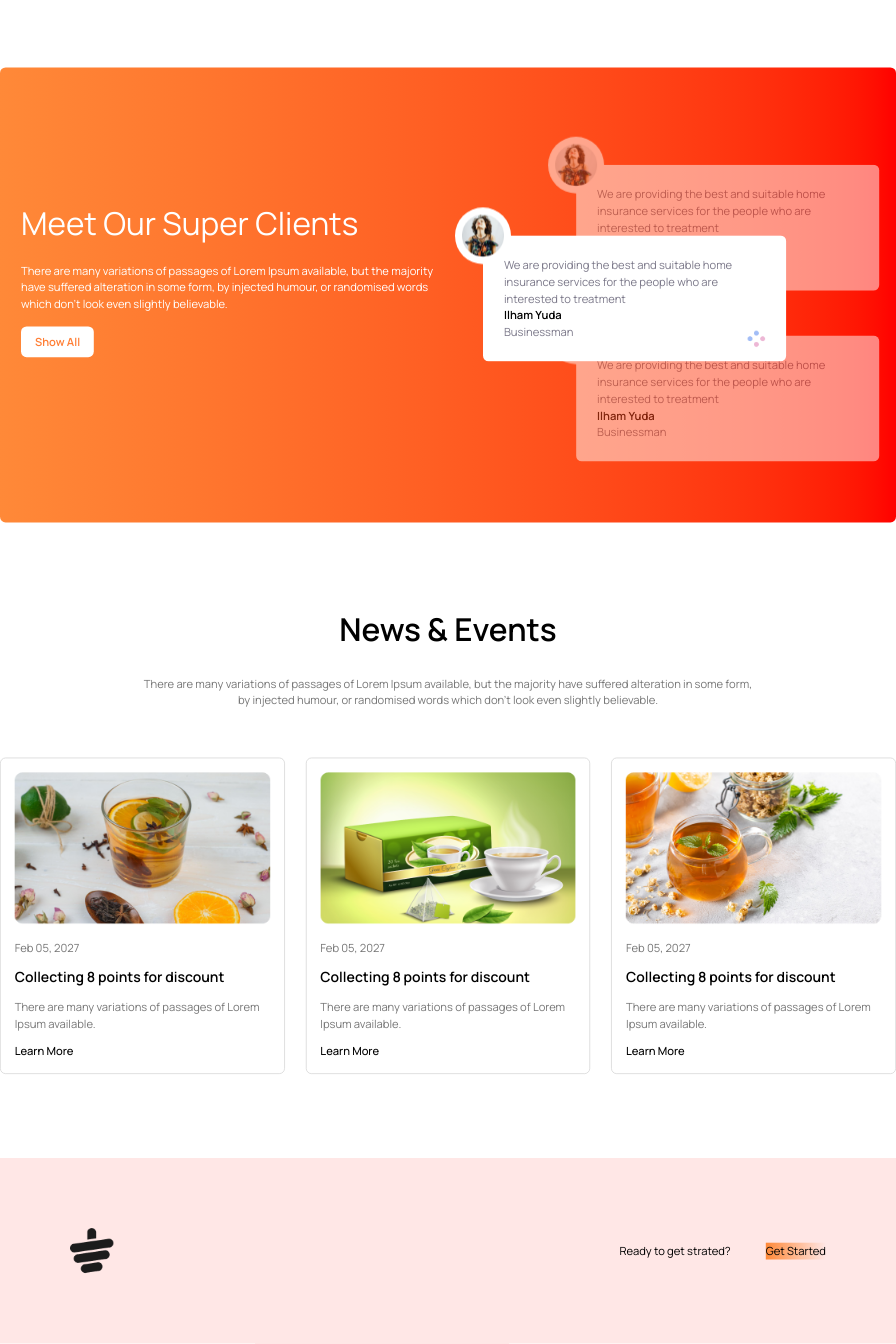
Repository: nahid-hasann/website-9
Page: index.html
An editor plug-in stored every save of this project. The page is shown before and after a run of saves, followed by the edit.
The browser window is 1280 px wide. The pictures show the part of the page from y = 1955 to 3875 px (the page is 3875 px tall), at 70% of full size.
Some web libraries are served in a nearby version.

Above is the page before, as saved 2025-08-17 21:13:17.

### index.html
<!DOCTYPE html>
<html lang="en">
<head>
    <meta charset="UTF-8">
    <meta name="viewport" content="width=device-width, initial-scale=1.0">
    <title>Tea House</title>
    <script src="https://cdn.jsdelivr.net/npm/@tailwindcss/browser@4"></script>
    <link rel="stylesheet" href="style.css">
    <link rel="stylesheet" href="https://cdnjs.cloudflare.com/ajax/libs/font-awesome/7.0.0/css/all.min.css" integrity="sha512-DxV+EoADOkOygM4IR9yXP8Sb2qwgidEmeqAEmDKIOfPRQZOWbXCzLC6vjbZyy0vPisbH2SyW27+ddLVCN+OMzQ==" crossorigin="anonymous" referrerpolicy="no-referrer" />

</head>
<body class="manrope-font">

<section class="banner-main-section max-w-[1300px]  flex flex-col md:flex-row  mx-auto  justify-between items-center">
    <div class="left-div">
        <h1 class="md:text-[80px] font-semibold text-[40px]">It's good <br> tea time at The <br> Tea House</h1>
        <p class="text-[18px] text-[#777777]">Tea and Botanical Solutions Supplier Give Optimum <br> Satisfaction To Your Taste Buds.</p>
        <button class="bg-[#ff2710] text-[#fff3f1] btn-1 bg-gradient-to-r from-[#FF8938] to-[#FF0000]">Explor More <i class="fa-solid fa-arrow-right -rotate-45"></i> </button>
    </div>
    <div class="right-div relative">
        <img src="images/banner.png" alt="">
        <div class="ratting bg-[#ffffff] shadow-2xl flex gap-2 items-center w-[230px] justify-center py-[15px] absolute bottom-[25px] left-[110px] rounded-[8px]">
              <div>
                <i class="fa-solid fa-star text-yellow-500 text-[23px]"></i>
              </div>
              <div>
                <h1 class="font-bold text-[23px]">5.00</h1>
                <p class="text-[#777777]">Trust Pilot Ratings</p>
              </div>
        </div>
    </div>
</section>

<section class="featured-section max-w-[1300px]  mx-auto my-[120px]">
     <div class="futured-text">
         <h1 class="md:text-[45px] text-[30px] font-semibold text-center">Our Featured Products</h1>
         <p class="text-[16px] text-[#777777] text-center my-[20px] md:w-[900px] mx-auto">There are many variations of passages of Lorem Ipsum available, but the majority have suffered alteration in some form, by injected humour, or randomised words which don't look even slightly believable. </p>
     </div>
     <div class="product-card flex flex-col md:flex-row gap-[30px] justify-center items-center ">
        <div class="card">
             <img src="images/tea-1.png" alt="">
             <h1>Milk Tea</h1>
             <p>Creamer could be replaced by fresh milk</p>
        </div>
        <div class="card">
             <img src="images/tea-2.png" alt="">
             <h1>Black Tea</h1>
             <p>Creamer could be replaced by fresh milk</p>
        </div>
        <div class="card">
             <img src="images/tea-3.png" alt="">
             <h1>Lemon Tea</h1>
             <p>Creamer could be replaced by fresh milk</p>
        </div>
        <div class="card">
             <img src="images/tea-4.png" alt="">
             <h1>Green Tea</h1>
             <p>Creamer could be replaced by fresh milk</p>
        </div>
     </div>
</section>

<section class="great-tea-section max-w-[1300px] mx-auto mb-[120px]">
    <div class="great-tea-main-section flex flex-col justify-center items-center md:flex-row gap-[50px]">
        <div class="div-left grid grid-cols-1 md:grid-cols-2  grid-rows-3 gap-[50px] max-w-[50%] ">
             <div class="grid-layout  bg-gradient-to-r from-[#ffe7e6] to-[#fff3eb] rounded-lg"></div>
             <div class="grid-layout row-span-2 bg-[#eef1eb] p-5 flex justify-center items-center rounded-lg">
                <img src="images/fresh-2.png" alt=""></div>
             <div class="grid-layout row-span-2 bg-[#fcf6e9] p-5 flex justify-center items-center rounded-lg" >
                <img src="images/fresh-1.png" alt=""></div>
             <div class="grid-layout bg-gradient-to-r from-[#D9D9D9] to-[#FFFFFF] rounded-lg"></div>
        </div>
        <div class="div-right max-w-[50%]">
           <h1 class="text-[45px] font-semibold text-center md:text-left">Great Tea, Freshly <br> Presented</h1>
           <p class="text-[16px] text-[#777777] my-[17px] text-center md:text-left">The meaning of gong cha is chanese is to provide the best tea to emperor from all possessions . It represents the highest quality and self expectation. Establishing in 2006, Gong cha had been deeply appreciated by its custoers  because of good words of mouth and unique customized service orginated from Taiwan.</p>
           <h4 class="text-[20px ] font-semibold mb-[14px] text-center md:text-left">Unique Taste</h4>
           <p class="mb-[17px] text-[#777777] text-center md:text-left">A Unique and different style from other teapots gives a <br> luxurious and minimalist impression</p>
           <h4 class="text-[20px ] font-semibold mb-[14px] text-center md:text-left">Premium Quality</h4>
           <p class="text-[#777777] text-center md:text-left">Premium Quality that makes tea more elegant and more <br> durable when you use it.</p>
        </div>
    </div>
</section>

<section class="review-section max-w-[1300px] bg-gradient-to-r from-[#FF8938] to-[#FF0000] mx-auto p-[30px] rounded-lg mb-[120px]  md:max-h-[650px] h-[1000px]">
     <div class="review-section-main-div grid grid-cols-1 md:grid-cols-2 ">
        <div class="left-review-text md:my-[160px] my-[20px]">
         <h1 class=" text-[45px] text-white md:text-left text-center">Meet Our Super Clients</h1>
         <p class="text-[16px] text-white my-[30px] md:my-[20px] md:text-left text-center">There are many variations of passages of Lorem Ipsum available, but the majority have suffered alteration in some form, by injected humour, or randomised words which don't look even slightly believable. </p>
         <button class="btn-2 bg-white text-[#ff7d33] py-[10px] px-[20px] rounded-lg font-semibold md:ml-0 ml-[155px]"> Show All </button>
        </div>
        <div class="right-review-card relative grid items-center justify-center">
            <div class="review-card bg-white p-[30px] top-[210px]  left-[50px] md:max-w-[433px]  w-[70vw] absolute grid justify-center items-center rounded-lg z-999">
                <p class="text-[#7c798a]">We are providing the best and suitable home insurance services for the people who are interested to treatment</p>
            <h4 class="font-semibold">Ilham Yuda</h4>
            <p class="text-[#7c798a]">Businessman</p>
            <div class="review-img absolute -top-[40px] -left-[40px] bg-white p-[10px] rounded-[50%]">
                <img src="images/client.png" alt="">
            </div>
            <img src="images/circles.png" class="absolute right-[30px] bottom-[20px]" alt="">
            </div>
            <div class="review-card bg-white p-[30px] md:max-w-[433px] w-[70vw]  absolute grid justify-center items-center rounded-lg md:top-[20%] md:left-[30%] opacity-[0.5] top-[-40px] left-[100px]">
                <p class="text-[#7c798a]">We are providing the best and suitable home insurance services for the people who are interested to treatment</p>
            <h4 class="font-semibold">Ilham Yuda</h4>
            <p class="text-[#7c798a]">Businessman</p>
            <div class="review-img absolute -top-[40px] -left-[40px] bg-white p-[10px] rounded-[50%]">
                <img src="images/client.png" alt="">
            </div>
            </div>
            <div class="review-card bg-white p-[30px] md:max-w-[433px] w-[70vw]  absolute grid justify-center items-center rounded-lg md:top-[65%] md:left-[30%] opacity-[0.5] top-[310px] left-[100px]">
                <p class="text-[#7c798a]">We are providing the best and suitable home insurance services for the people who are interested to treatment</p>
            <h4 class="font-semibold">Ilham Yuda</h4>
            <p class="text-[#7c798a]">Businessman</p>
            <div class="review-img absolute -top-[40px] -left-[40px] bg-white p-[10px] rounded-[50%]">
                <img src="images/client.png" alt="">
            </div>
            </div>
        </div>
     </div>
</section>

<section class="new-events-section mb-[120px] max-w-[1300px] mx-auto">
    <h1 class="md:text-[45px] text-[30px] text-center font-semibold">News & Events</h1>
    <p class="text-[#777777] text-center mt-[30px] mb-[70px] ">There are many variations of passages of Lorem Ipsum available, but the majority have suffered alteration in some form, <br> by injected humour, or randomised words which don't look even slightly believable. </p>
    <div class="new-events-card grid grid-cols-1 md:grid-cols-3 gap-[30px] justify-center items-center md:p-0 p-[20px]">
        <div class="cards bg-[#ffffff] border border-[#D2D2D2] p-[20px]  rounded-lg">
            <img src="images/news-2.png" class="w-full" alt="">
            <p class="text-[#777777] mt-[22px]">Feb 05, 2027</p>
            <h1 class="text-[20px] font-semibold my-[15px]">Collecting 8 points for discount</h1>
            <p class="mb-[15px] text-[#777777]">There are many variations of passages of Lorem Ipsum available.</p>
            <p class="font-medium">Learn More</p>
        </div>
          <div class="cards bg-[#ffffff] border border-[#D2D2D2] p-[20px] grid grid-cols-1  justify-center items-center rounded-lg ">
            <img src="images/news-1.png" class="w-full" alt="">
            <p class="text-[#777777] mt-[22px]">Feb 05, 2027</p>
            <h1 class="text-[20px] font-semibold my-[15px]">Collecting 8 points for discount</h1>
            <p class="mb-[15px] text-[#777777]">There are many variations of passages of Lorem Ipsum available.</p>
            <p class="font-medium">Learn More</p>
        </div>
         <div class="cards bg-[#ffffff] border border-[#D2D2D2] p-[20px] grid grid-cols-1  justify-center items-center rounded-lg ">
            <img src="images/news-3.png" class="w-full" alt="">
            <p class="text-[#777777] mt-[22px]">Feb 05, 2027</p>
            <h1 class="text-[20px] font-semibold my-[15px]">Collecting 8 points for discount</h1>
            <p class="mb-[15px] text-[#777777]">There are many variations of passages of Lorem Ipsum available.</p>
            <p class="font-medium">Learn More</p>
        </div>
    </div>
</section>

<footer class="bg-[#ffe7e6] p-[100px]">
    <div class="footer-1 flex justify-between">
       <img src="images/cup.png" alt="">
        <div class="footer-right-text flex items-center justify-center gap-[50px]">
            <p>Ready to get strated?</p>
            <button class="btn-3 bg-gradient-to-r from-[#FF8938] ">Get Started</button>
        </div>
    </div>
</footer>





<script>
  if ('scrollRestoration' in history) {
    history.scrollRestoration = 'manual';
  }
  window.addEventListener('beforeunload', () => {
    localStorage.setItem('scrollX', String(window.scrollX));
    localStorage.setItem('scrollY', String(window.scrollY));
  });
  window.addEventListener('load', () => {
    const x = Number(localStorage.getItem('scrollX') || 0);
    const y = Number(localStorage.getItem('scrollY') || 0);
    window.scrollTo(x, y);
  });
</script>
</body>
</html>

### style.css
@import url('https://fonts.googleapis.com/css2?family=Manrope:wght@200..800&display=swap');


.manrope-font{
    font-family: "Manrope", sans-serif;
}

.banner-main-section{
    margin: 120px auto;
}

.left-div p{
    margin: 30px 0;
}

.btn-1{
    padding: 10px 22px;
    border-radius: 7px;
}

.card{
    background-color: #f8f8f8;
    display: flex;
    flex-direction: column;
    justify-content: center;
    align-items: center;
    padding: 20px 20px;
    border-radius: 7px;
    margin-top: 50px;
}

.card h1{
    font-size: 25px;
    font-weight: 600;
    margin-top: 14px;
}

.card p{
    font-size: 16px;
    color: #777777;
    text-align: center;
}

After the next 6 saves:
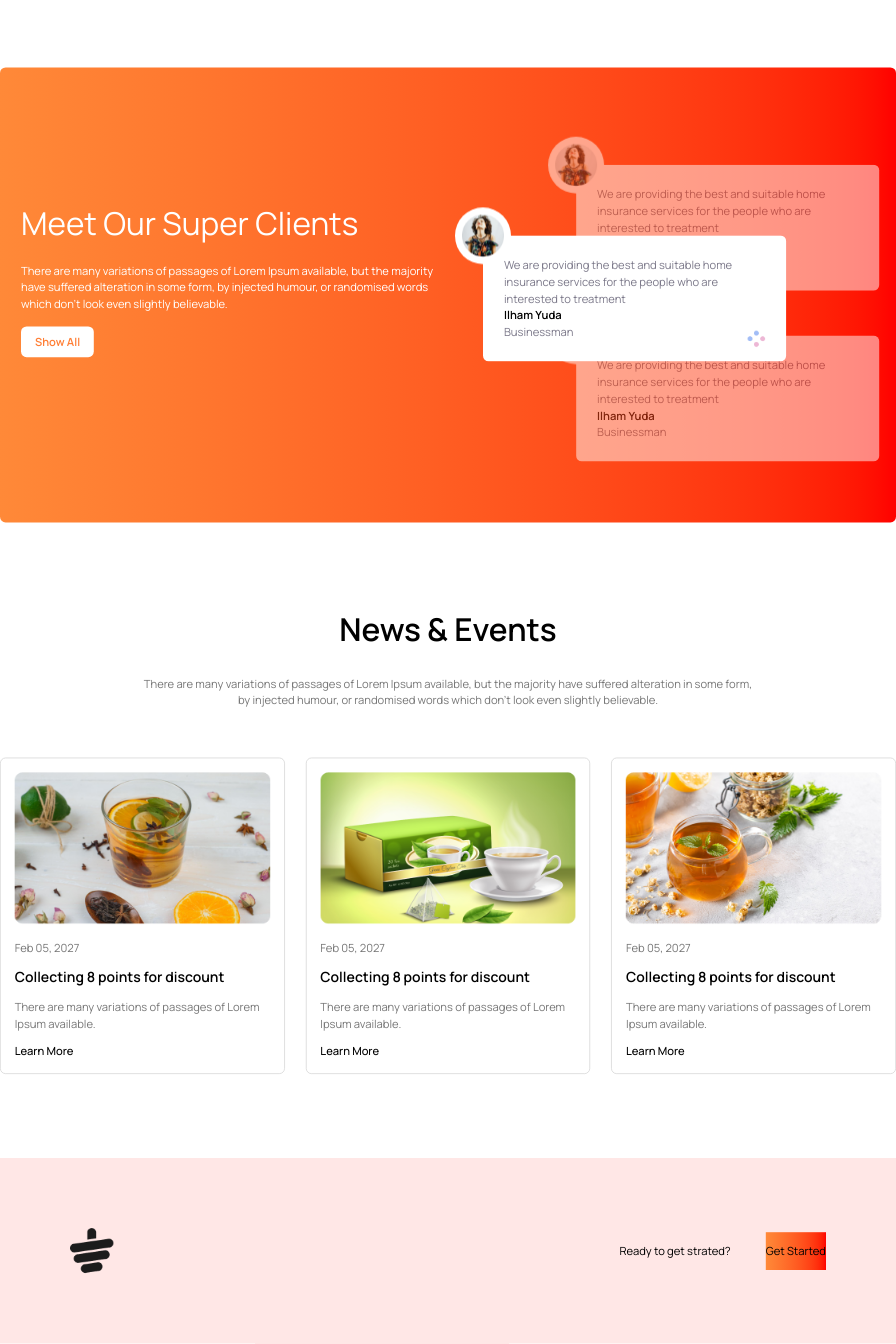
The 6 saves are shown as one change because they came seconds apart.
The last was saved 24 s later.
--- a/index.html
+++ b/index.html
@@ -151,7 +151,7 @@
        <img src="images/cup.png" alt="">
         <div class="footer-right-text flex items-center justify-center gap-[50px]">
             <p>Ready to get strated?</p>
-            <button class="btn-3 bg-gradient-to-r from-[#FF8938] ">Get Started</button>
+            <button class="btn-3 bg-gradient-to-r from-[#FF8938] to-[#FF0000] py-[15px]">Get Started</button>
         </div>
     </div>
 </footer>
